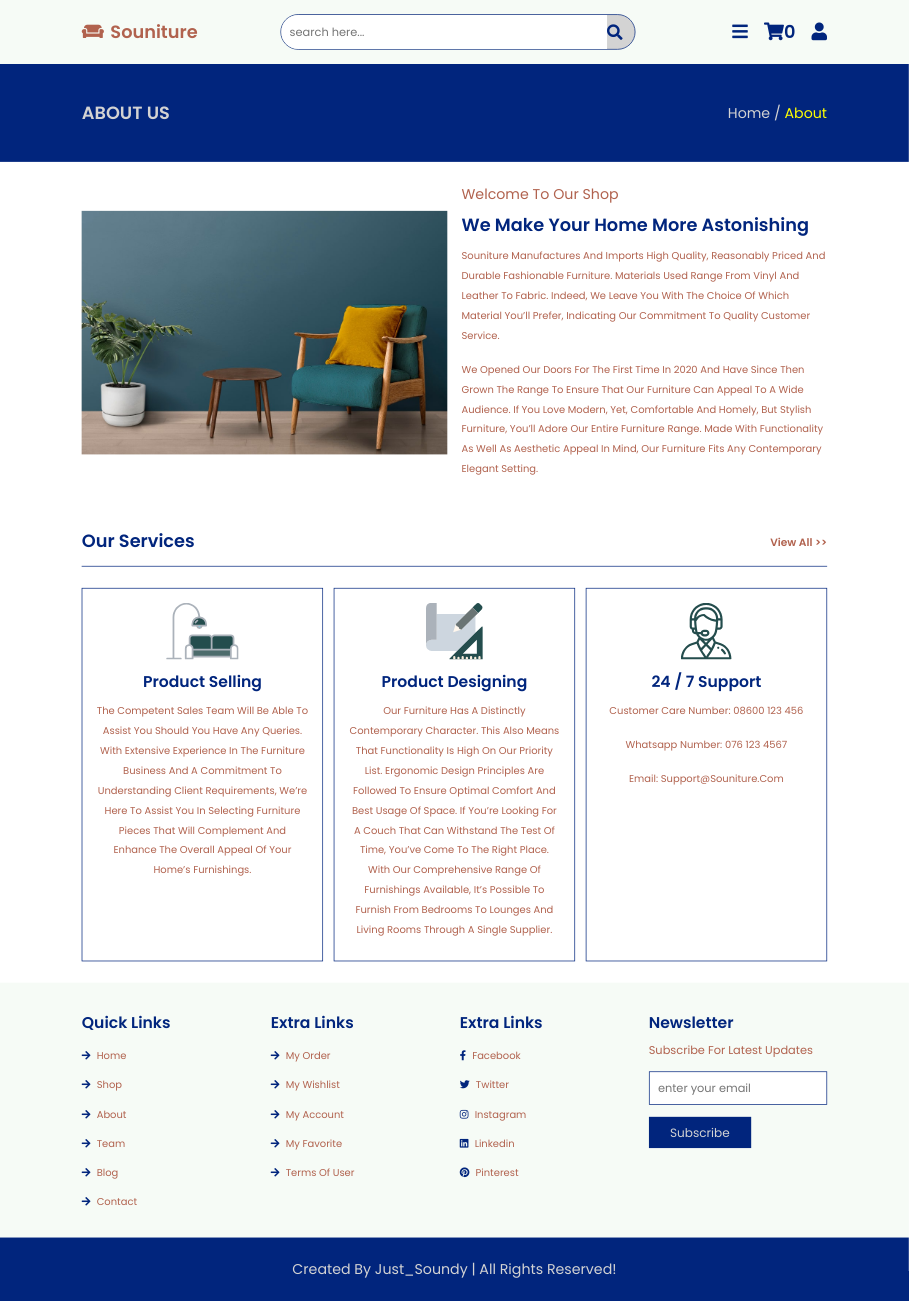
Repository: spencersoundy/furniture-store
Page: about.html
These files come from the project's save history. The page is drawn as it stood at one moment and after the next save; the edit follows.
The browser window is 1280 px wide. The pictures show the whole page, at 71% of full size.

Above is the page before, as saved 2023-05-04 17:21:49.
Console error: TypeError: Cannot read properties of null (reading 'addEventListener')

### about.html
<!DOCTYPE html>
<html lang="en">
<head>
    <meta charset="UTF-8">
    <meta http-equiv="X-UA-Compatible" content="IE=edge">
    <meta name="viewport" content="width=device-width, initial-scale=1.0">
    <title>about</title>

    <!-- font awesome cdn link  -->
    <link rel="stylesheet" href="https://cdnjs.cloudflare.com/ajax/libs/font-awesome/5.15.4/css/all.min.css">

    <!-- custom css file link  -->
    <link rel="stylesheet" href="css/style.css">

</head>
<body>

<!-- header section starts  -->

<header class="header">

    <a href="home.html" class="logo"> <i class="fas fa-couch"></i> Souniture </a>

    <form action="" class="search-form">
        <input type="search" placeholder="search here..." id="search-box">
        <label for="search-box" class="fas fa-search"></label>
    </form>

    <div class="icons">
        <div id="menu-btn" class="fas fa-bars"></div>
        <div id="search-btn" class="fas fa-search"></div>
        <div id="cart-btn" class="fas fa-shopping-cart"><span id="cart-count-info"></span></div>
        <div id="login-btn" class="fas fa-user"></div>
    </div>

</header>

<!-- header section ends  -->

<!-- closer btn  -->

<div id="closer" class="fas fa-times"></div>

<!-- navbar  -->

<nav class="navbar">
    <a href="home.html">home</a>
    <a href="shop.html">shop</a>
    <a href="about.html">about</a>
    <a href="team.html">team</a>
    <a href="contact.html">contact</a>
</nav>

<!-- shopping cart  -->

<div class="shopping-cart">
    <div class="cart-list">

    <!-- <div class="box">
        <i class="fas fa-times"></i>
        <img src="image/cart-img-1.jpg" alt="">
        <div class="content">
            <h3>morden furniture</h3>
            <span class="quantity"> 1 </span>
            <span class="multiply"> x </span>
            <span class="price"> $140.00 </span>
        </div>
    </div>-->
    </div>

        <div>
            <h3 class="cart-total">Total:R</h3>
            <span id="cart-total-value"></span>
            </div>
    <a href="#" class="btn">checkout cart</a>

</div>

<!-- login form  -->

<div class="login-form">

    <form action="">
        <h3>login form</h3>
        <input type="email" placeholder="enter your email" class="box">
        <input type="password" placeholder="enter your password" class="box">
        <div class="remember">
            <input type="checkbox" name="" id="remember-me">
            <label for="remember-me">remember me</label>
        </div>
        <input type="submit" value="login now" class="btn">
        <p>forget password? <a href="#">click here</a></p>
        <p>don't have an account? <a href="#">create now</a></p>
    </form>

</div>

<section class="heading">
    <h3>about us</h3>
    <p> <a href="home.html">home</a> / <span>about</span> </p>
</section>

<section class="about">

    <div class="image">
        <img src="image/about-img.jpg" alt="">
    </div>

    <div class="content">
        <span>welcome to our shop</span>
        <h3>we make your home more astonishing</h3>
        <p>Souniture manufactures and imports high quality, reasonably priced and durable fashionable furniture. Materials used range from vinyl and leather to fabric. Indeed, we leave you with the choice of which material you’ll prefer, indicating our commitment to quality customer service.</p>
        <p>We opened our doors for the first time in 2020 and have since then grown the range to ensure that our furniture can appeal to a wide audience. If you love modern, yet, comfortable and homely, but stylish furniture, you’ll adore our entire furniture range. Made with functionality as well as aesthetic appeal in mind, our furniture fits any contemporary elegant setting.</p>

    </div>

</section>

<section class="services">

    <h1 class="title"> <span>our services</span> <a href="#">view all >></a> </h1>

    <div class="box-container">

        <div class="box">
            <img src="image/serv-1.svg" alt="">
            <h3>product selling</h3>
            <p>The competent sales team will be able to assist you should you have any queries. With extensive experience in the furniture business and a commitment to understanding client requirements, we’re here to assist you in selecting furniture pieces that will complement and enhance the overall appeal of your home’s furnishings.</p>

        </div>

        <div class="box">
            <img src="image/serv-2.svg" alt="">
            <h3>product designing</h3>
            <p>Our furniture has a distinctly contemporary character. This also means that functionality is high on our priority list. Ergonomic design principles are followed to ensure optimal comfort and best usage of space. If you’re looking for a couch that can withstand the test of time, you’ve come to the right place. With our comprehensive range of furnishings available, it’s possible to furnish from bedrooms to lounges and living rooms through a single supplier.</p>

        </div>

        <div class="box">
            <img src="image/serv-3.svg" alt="">
            <h3>24 / 7 support</h3>
            <p>customer care number: 08600 123 456</p>
            <p>Whatsapp number: 076 123 4567</p>
            <p>Email: support@souniture.com</p>

        </div>

    </div>

</section>



















<!-- footer section  -->

<section class="footer">

    <div class="box-container">

        <div class="box">
            <h3>quick links</h3>
            <a href="home.html"> <i class="fas fa-arrow-right"></i> home</a>
            <a href="shop.html"> <i class="fas fa-arrow-right"></i> shop</a>
            <a href="about.html"> <i class="fas fa-arrow-right"></i> about</a>
            <a href="team.html"> <i class="fas fa-arrow-right"></i> team</a>
            <a href="blog.html"> <i class="fas fa-arrow-right"></i> blog</a>
            <a href="contact.html"> <i class="fas fa-arrow-right"></i> contact</a>
        </div>

        <div class="box">
            <h3>extra links</h3>
            <a href="#"> <i class="fas fa-arrow-right"></i> my order</a>
            <a href="#"> <i class="fas fa-arrow-right"></i> my wishlist</a>
            <a href="#"> <i class="fas fa-arrow-right"></i> my account</a>
            <a href="#"> <i class="fas fa-arrow-right"></i> my favorite</a>
            <a href="#"> <i class="fas fa-arrow-right"></i> terms of user</a>
        </div>

        <div class="box">
            <h3>extra links</h3>
            <a href="https://www.facebook.com"> <i class="fab fa-facebook-f"></i> facebook</a>
            <a href="https://wwww.twitter.com"> <i class="fab fa-twitter"></i> twitter</a>
            <a href="https://www.instagram.com"> <i class="fab fa-instagram"></i> instagram</a>
            <a href="http://wwww.linkedin.com"> <i class="fab fa-linkedin"></i> linkedin</a>
            <a href="http://wwww.pinterest.com"> <i class="fab fa-pinterest"></i> pinterest</a>
        </div>

        <div class="box">
            <h3>newsletter</h3>
            <p>subscribe for latest updates</p>
            <form action="">
                <input type="email" name="" placeholder="enter your email" id="">
                <input type="submit" value="subscribe" class="btn">
            </form>
        </div>

    </div>

</section>

<section class="credit">
    created by Just_Soundy | all rights reserved!
</section>

<!-- custom js file link  -->
<script src="js/script.js"></script>

</body>
</html>

Loaded but not shown: furniture.json (51 lines, source omitted); js/script.js (231 lines, source omitted); css/style.css (1195 lines, source omitted)

After the next save:
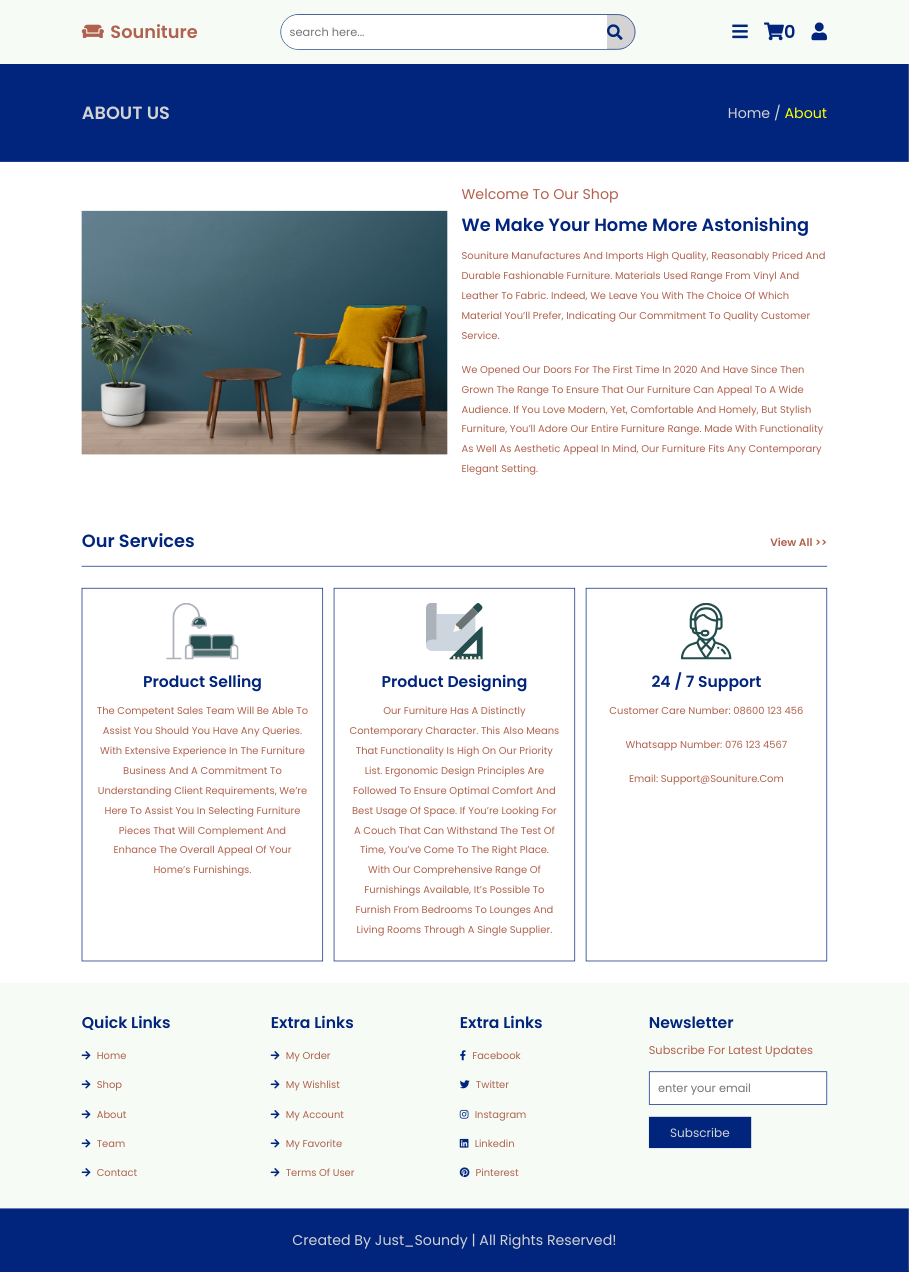
Saved 27 s later.
--- a/about.html
+++ b/about.html
@@ -179,7 +179,6 @@
             <a href="shop.html"> <i class="fas fa-arrow-right"></i> shop</a>
             <a href="about.html"> <i class="fas fa-arrow-right"></i> about</a>
             <a href="team.html"> <i class="fas fa-arrow-right"></i> team</a>
-            <a href="blog.html"> <i class="fas fa-arrow-right"></i> blog</a>
             <a href="contact.html"> <i class="fas fa-arrow-right"></i> contact</a>
         </div>
 
